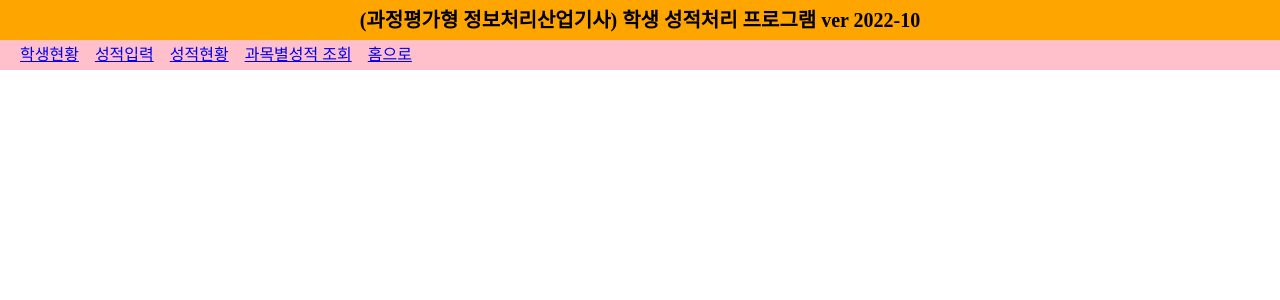
Repository: wjdwlgns1101/school_hrd
Page: http://localhost/school_30111/slist.jsp
These files come from the project's save history. The page is drawn as it stood at one moment and after the next save; the edit follows.
The browser window is 1280 px wide. The pictures show the whole page.
The page is served by Tomcat 9. Queries for data that is not in the repository find no rows.

Above is the page before, as saved 2024-04-29 08:16:31.

After the next save:
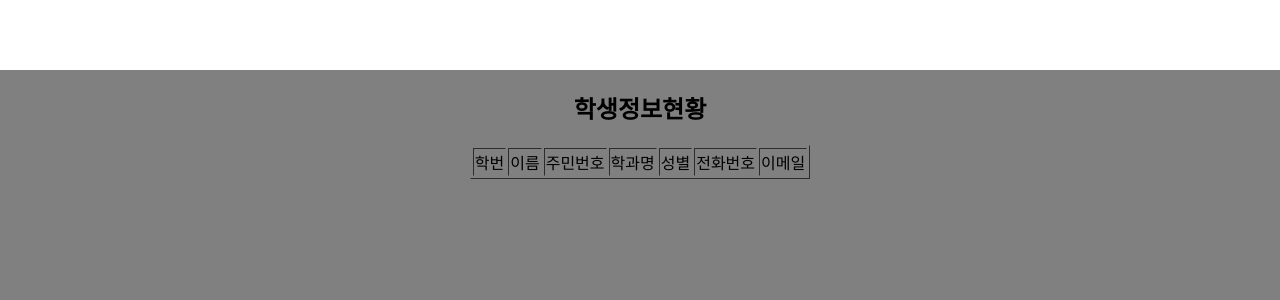
Saved 1 s later.
--- a/hrd_30111_school2 완성/school_30111/src/main/webapp/slist.jsp
+++ b/hrd_30111_school2 완성/school_30111/src/main/webapp/slist.jsp
@@ -1,3 +1,6 @@
+<%@ include file="db.jsp" %>
+<%@page import="javax.naming.spi.DirStateFactory.Result"%>
+<%@page import="java.sql.PreparedStatement"%>
 <%@ page language="java" contentType="text/html; charset=EUC-KR"
     pageEncoding="EUC-KR"%>
 <!DOCTYPE html>
@@ -7,8 +10,61 @@
 <title>Insert title here</title>
 </head>
 <body>
-<jsp:include page="header.jsp"></jsp:include>
+<section style="position: fixed; background-color: gray; width: 100%; top: 70px; height: 100%; left: 0;">
+	<h2 style="text-align: center;"><b>학생정보현황</b></h2>
 
+	<form action="i_action.jsp" style="display: flex; align-items: center; justify-content: center; text-align: center;">
+	<table border="1">
+		<tr>
+			<td> 학번 </td>
+			<td> 이름 </td>
+			<td> 주민번호 </td>
+			<td> 학과명 </td>
+			<td> 성별 </td>
+			<td> 전화번호 </td>
+			<td> 이메일 </td>
+		</tr>
+
+	<%
+	request.setCharacterEncoding("UTF-8");
+	try{
+		String sql="SELECT stuid, sname, jumin, dept_name, phone, email "+
+						"FROM TBL_STUDENT_202210 ";
+
+		PreparedStatement pstmt = conn.prepareStatement(sql);
+		ResultSet rs = pstmt.executeQuery();
+		while(rs.next()){
+			String jumin = rs.getString(3);
+
+			String jm = jumin.substring(0,6) + "-" + jumin.substring(6,13);
+
+			String gener = jumin.substring(6,7);
+			if(gener.equals(3)){
+				gener = "남";
+			}else{
+				gener= "여";
+			}
+
+	%>
+		<tr>
+			<td><%=rs.getString(1) %></td>
+			<td><%=rs.getString(2) %></td>
+			<td><%=rs.getString(3) %></td>
+		</tr>
+
+<%
+
+		}
+	}catch(Exception e){
+		e.printStackTrace();
+	}
+
+	%>
+	</table>
+
+	</form>
+
+</section>
 
 
 </body>
